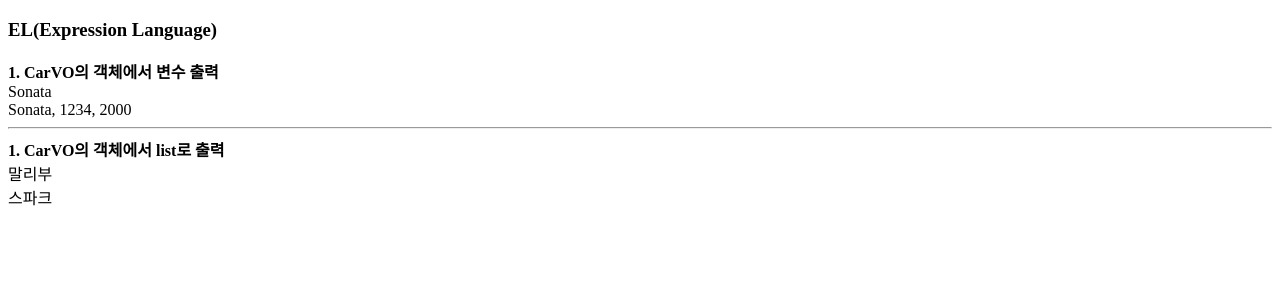
Repository: WoodongMaster/JSP_Workspace
Page: http://localhost/jstl_study/step01.jsp
These files come from the project's save history. The page is drawn as it stood at one moment and after the next save; the edit follows.
The browser window is 1280 px wide. The pictures show the whole page.
The page is served by Tomcat 9. Other server files are loaded and not shown.

Above is the page before, as saved 2023-05-09 05:51:56.

### jstl_project/jstl_study/src/main/webapp/step01.jsp
<%@ page import="model.CarVO"%>
<%@ page import="java.util.ArrayList"%>

<%@ page language="java" contentType="text/html; charset=UTF-8"
	pageEncoding="UTF-8"%>

<!DOCTYPE html>
<html>
<head>
<meta charset="UTF-8">
<title>EL연습</title>
</head>
<body>
	<h3>EL(Expression Language)</h3>
	<%
	CarVO car = new CarVO("1234", "Sonata", 2000);
	//request.setAttribe : request객체에 값을 저장하는 역할
	//request.getAttribe : request객체에 값을 가져오는 역할
	//request.setAttribe("변수명", 값);
	request.setAttribute("cvo", car);
	%>
	<strong>1. CarVO의 객체에서 변수 출력</strong>
	<br>
	<!-- ctrl shift /  -->
	<!-- 방법 1: requestScope 사용 -->
	${requestScope.cvo.name}
	<br>
	<!-- 방법 2: requestScope (생략) -->
	${cvo.name}, ${cvo.num}, ${cvo.price}
	<br>

	<hr>

	<!-- 리스트로 변수 출력 -->
	<%
		ArrayList<CarVO> list = new ArrayList<CarVO>();
		list.add(new CarVO("4567","말리부",2500));
		list.add(new CarVO("1111","스파크",1500));
		session.setAttribute("carList", list);
	%>
	<strong>1. CarVO의 객체에서 list로 출력</strong><br>
	${sessionScope.carList[0].name}<br>
	${sessionScope.carList[1].name}<br>

</body>
</html>

### jstl_project/jstl_study/src/main/java/model/CarVO.java
package model;

public class CarVO {

	private String num;
	private String name;
	private int price;

	public CarVO() {}

	public CarVO(String num, String name, int price) {
		this.num=num;
		this.name=name;
		this.price=price;
	}

	public String getNum() {
		return num;
	}

	public void setNum(String num) {
		this.num = num;
	}

	public String getName() {
		return name;
	}

	public void setName(String name) {
		this.name = name;
	}

	public int getPrice() {
		return price;
	}

	public void setPrice(int price) {
		this.price = price;
	}



}

After the next save:
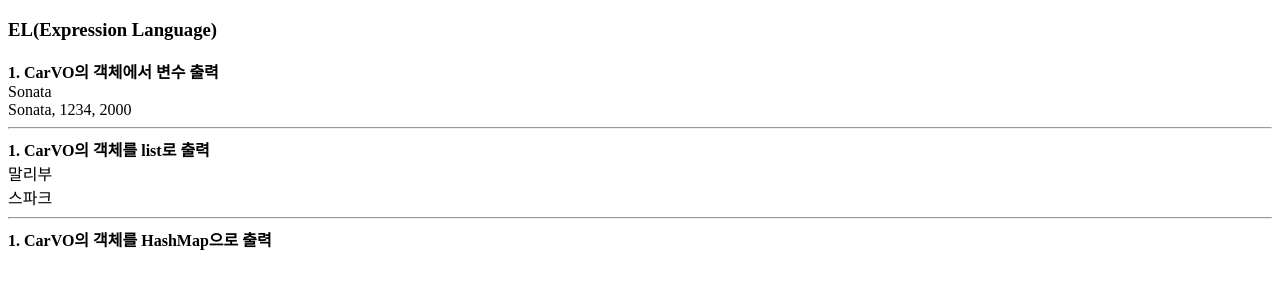
Saved 14 min 8 s later.
--- a/jstl_project/jstl_study/src/main/webapp/step01.jsp
+++ b/jstl_project/jstl_study/src/main/webapp/step01.jsp
@@ -1,5 +1,7 @@
 <%@ page import="model.CarVO"%>
 <%@ page import="java.util.ArrayList"%>
+<%@ page import="java.util.Map"%>
+<%@ page import="java.util.HashMap"%>
 
 <%@ page language="java" contentType="text/html; charset=UTF-8"
 	pageEncoding="UTF-8"%>
@@ -38,9 +40,14 @@
 		list.add(new CarVO("1111","스파크",1500));
 		session.setAttribute("carList", list);
 	%>
-	<strong>1. CarVO의 객체에서 list로 출력</strong><br>
+	<strong>1. CarVO의 객체를 list로 출력</strong><br>
 	${sessionScope.carList[0].name}<br>
 	${sessionScope.carList[1].name}<br>
-
+	<hr>
+	<!-- 해쉬맵으로 변수를 출력 -->
+	<strong>1. CarVO의 객체를 HashMap으로 출력</strong><br>
+	<%
+	Map<String, Integer> map = new HashMap<>();
+	 %>
 </body>
 </html>
